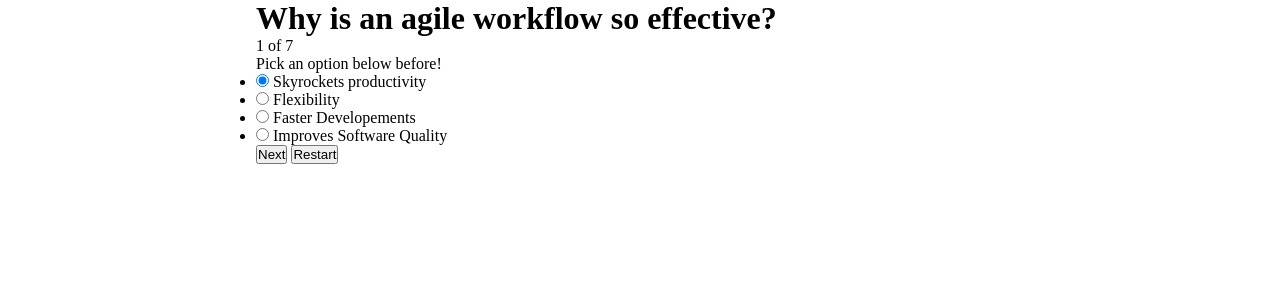
Repository: mukiSabljakovic/Quiz-APP
Page: index.html
An editor plug-in stored every save of this project. The page is shown before and after the next save, followed by the edit.
The browser window is 1280 px wide. The pictures show the whole page.
Some web fonts or font styles are not loaded; a fallback is used.

Above is the page before, as saved 2020-05-01 11:42:12.

### index.html
<!DOCTYPE html>
<html lang="en">
<head>
    <meta charset="UTF-8">
    <meta name="viewport" content="width=device-width, initial-scale=1.0">
    <title>Quiz</title>
    <link rel="stylesheet" href="css/style.css">
</head>
<body>
    <div class="app">
        <div class="container">
            <div class="jabquiz">

                <div class="jabquiz__question-box">
                    <h1 class="jabquiz__question">Why is an agile workflow so effective?</h1>
                    <p class="jabquiz__tracker">1 of 7</p>
                    <div class="progress">
                        <div class="progress__inner">

                        </div>
                    </div>
                    <p class="jabquiz__tagline">Pick an option below before!</p>
                </div>



                <div class="jabquiz__choices-box">
                    <ul class="jabquiz__choices">
                        <!-- dynamically with js -->
                        <li class="jabquiz__choice">
                            <input type="radio" name="choice" id="choice0" class="jabquiz__input" checked>
                            <label for="choice0" class="jabquiz__label">
                                <i></i>
                                Skyrockets productivity
                            </label>
                        </li>
                        <li class="jabquiz__choice">
                            <input type="radio" name="choice" id="choice0" class="jabquiz__input">
                            <label for="choice0" class="jabquiz__label">
                                <i></i>
                                Flexibility
                            </label>
                        </li>
                        <li class="jabquiz__choice">
                            <input type="radio" name="choice" id="choice0" class="jabquiz__input" >
                            <label for="choice0" class="jabquiz__label">
                                <i></i>
                                Faster Developements
                            </label>
                        </li>
                        <li class="jabquiz__choice">
                            <input type="radio" name="choice" id="choice0" class="jabquiz__input" >
                            <label for="choice0" class="jabquiz__label">
                                <i></i>
                                Improves Software Quality
                            </label>
                        </li>
                    </ul>
                </div>



                <div class="jabquiz__footer">
                    <button class="button button--bordered next">Next</button>
                    <button class="button button--bordered restart">Restart</button>
                </div>



            </div>
        </div>
    </div>
</body>
</html>

### css/style.css
@import url("https://fonts-googleapis.com/css?family=Raleway|PT+Serif:700");


:root {
    --main-font-color: #1a1a1a;
    --main-bg-color: white;
    --main-theme-color: rgb(243, 168, 47);
    --light-white: #f5f5f5;
    --light-gray: #ccc;
    --light-black: #282a39;
    --container-width: 768px;
    --font-body-stack: Raleway, Charcoal, sans-serif;
    --font-heading-stack: "PT Serif", sans-serif;

}

* {
 padding: 0;
 margin: 0;
 box-sizing: border-box;
}

.container {
    max-width: var(--container-width);
    margin-right: auto;
    margin-left: auto;
}

After the next save:
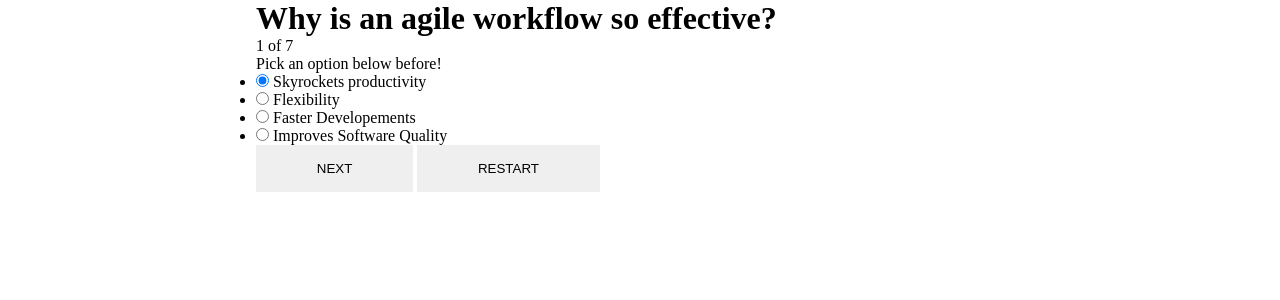
Saved 78 s later.
--- a/css/style.css
+++ b/css/style.css
@@ -25,3 +25,11 @@
     margin-right: auto;
     margin-left: auto;
 }
+
+.button {
+    padding: 1rem 3.8rem;
+    text-transform: uppercase;
+    border: 0;
+    outline: 0;
+    transition: .3s all ease;
+}
